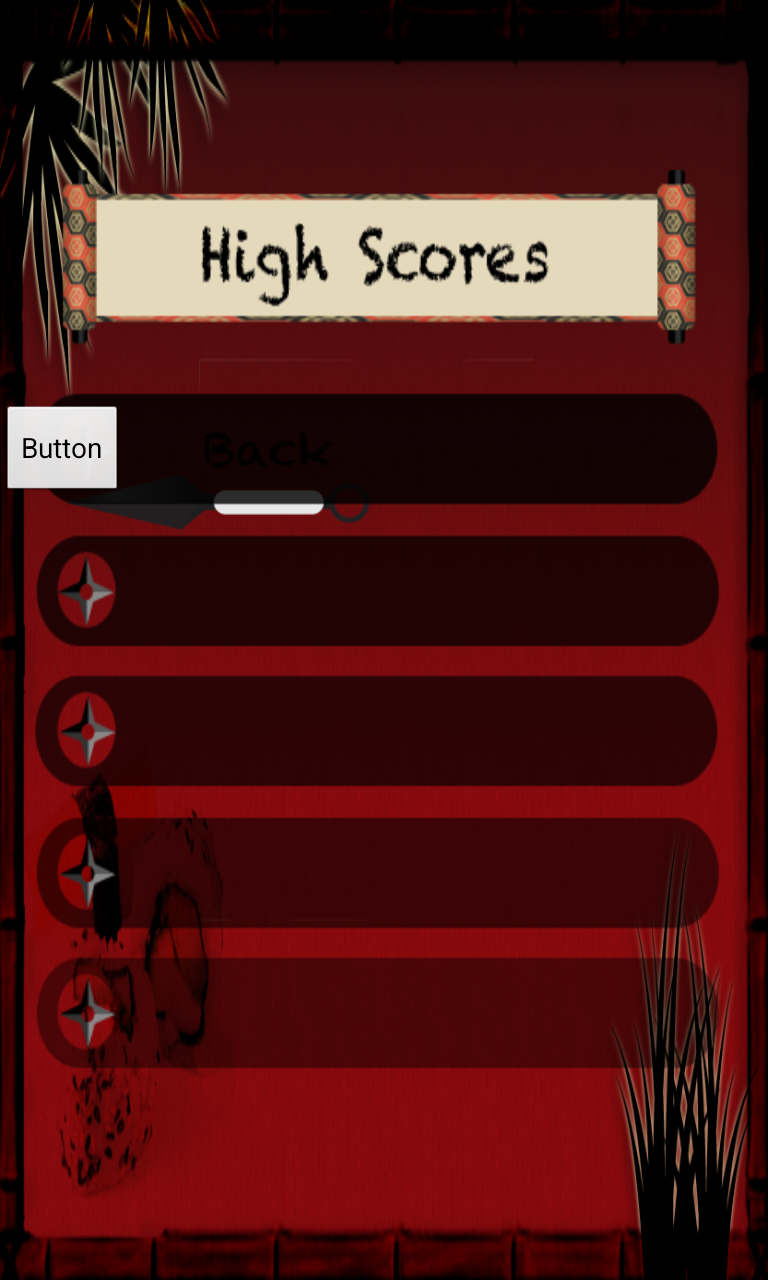
Repository: Kreispy/Sushi-Samurai
Layout: SushiNinja/res/layout/leaderboard.xml
These files come from the project's save history. The layout is drawn as it stood at one moment and after the next save; the edit follows.
It is drawn on a 768 x 1280 px phone screen (xhdpi) without system bars, with theme android:Theme.Black.NoTitleBar.Fullscreen; the app's code is not run.

Above is the layout before, as saved 2013-04-25 08:14:18.

After the next save:
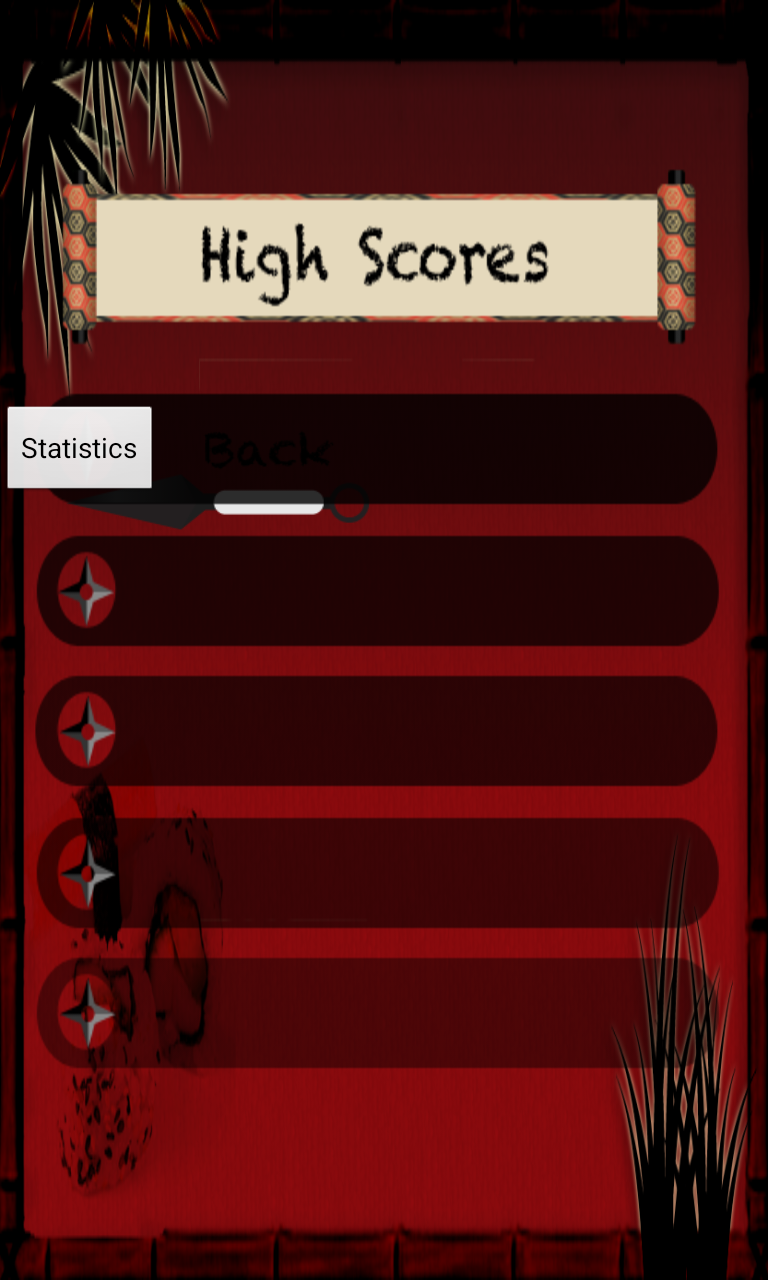
Saved 7 s later.
--- a/SushiNinja/res/layout/leaderboard.xml
+++ b/SushiNinja/res/layout/leaderboard.xml
@@ -36,6 +36,6 @@
         android:layout_alignParentTop="true"
         android:layout_marginRight="20dp"
         android:layout_marginTop="202dp"
-        android:text="Button" />
+        android:text="Statistics" />
 
     </RelativeLayout>
